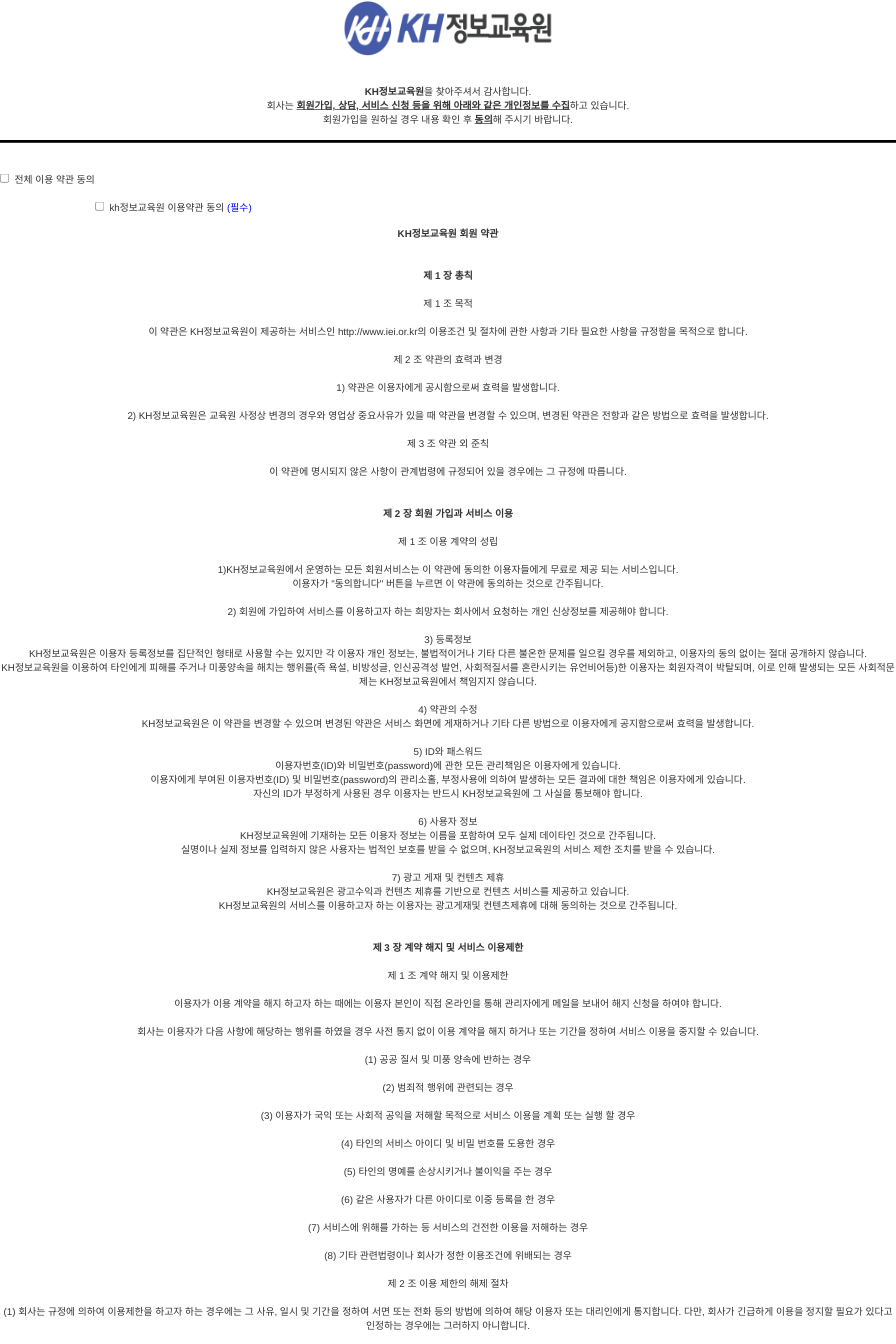
Repository: NohMinSoo/khSpring
Page: http://localhost/1_Spring_Web/WEB-INF/views/member/joinPage.jsp
The author's editor kept a copy of each file at every save. The page is drawn from the files as they stood at one save, then again after the next save.
The browser window is 1280 px wide. The pictures show the part of the page from y = 0 to 1920 px (the page is 4050 px tall before and 720 px after), at 70% of full size.
Some web libraries are served in a nearby version. The page is served by Tomcat 9. Nobody is signed in. The template is opened directly, without the code that normally fills it, so the values that code supplies are empty.

Above is the page before, as saved 2018-11-20 05:15:12.
Console error (its wording comes from the project's code and is left out).

After the next save:
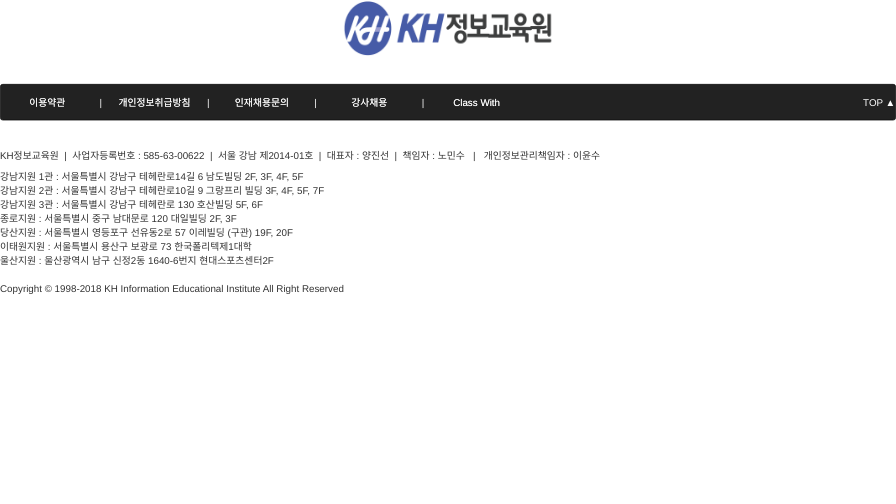
Saved 19 s later.
--- a/1_Spring_Web/src/main/webapp/WEB-INF/views/member/joinPage.jsp
+++ b/1_Spring_Web/src/main/webapp/WEB-INF/views/member/joinPage.jsp
@@ -16,41 +16,10 @@
 
     <div id="contents-2" >
 
-            <span><b>KH정보교육원</b>을 찾아주셔서 감사합니다.</span><br>
-			<span>회사는 <b><u>회원가입, 상담, 서비스 신청 등을 위해 아래와 같은 개인정보를 수집</u></b>하고 있습니다.</span><br>
-			<span>회원가입을 원하실 경우 내용 확인 후 <b><u>동의</u></b>해 주시기 바랍니다.</span><br>
-			<hr style="border:2px solid black;">
+
 	</div>
 	<div id="contents-3" >
-			<br>
-           	<span class="material-switch pull-left">
-                <input id="allCheckSwitch"  type="checkbox"/>
-                <label for="allCheckSwitch"  class="label-primary"></label>
-                <span> 전체 이용 약관 동의 </span>
-                <br><br>
-            </span>
-           	<br><br>
-           	<span class="material-switch pull-left">
-                <input id="khAgreeCheckSwitch" type="checkbox"/>
-                <label for="khAgreeCheckSwitch" class="label-primary"></label>
-                <span> kh정보교육원 이용약관 동의 </span><span style="color:blue;">(필수)</span>
-            </span>
-          <br><br>
-           	<div id="kh-agree">
-           			<jsp:include page="/resources/common/kh_agree.jsp"></jsp:include>
-           	</div>
-           <br><br>
-           	<span class="material-switch pull-left">
-                <input id="privacyAgreeCheckSwitch"  type="checkbox"/>
-                <label for="privacyAgreeCheckSwitch" class="label-primary"></label>
-                <span> 개인정보 보호정책 및 개인정보 수집에 대한 이용 안내 동의</span><span style="color:blue;">(필수)</span>
-            </span>
-            <br><br>
-           	<div id="privacy">
-           			<jsp:include page="/resources/common/privacy.jsp"></jsp:include>
-           	</div>
-           	<br>
-           	<center><button id="join" type="button" class="btn btn-primary" onclick="return check();">회원가입</button></center>
+
 	</div>
 
 </div>
